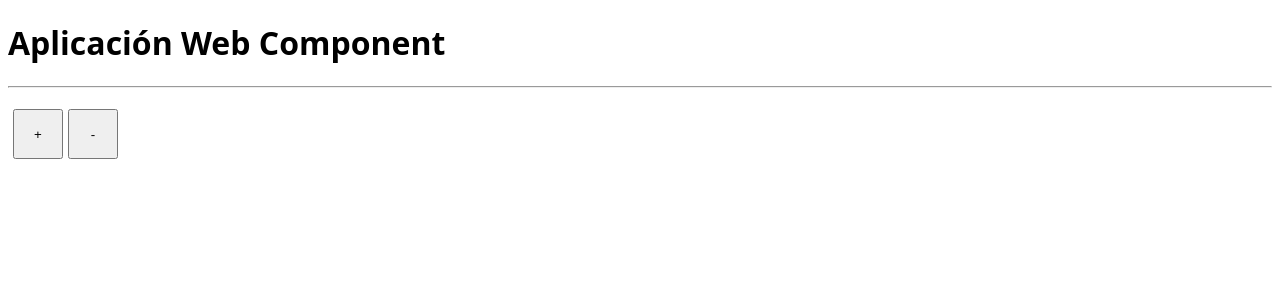
Repository: maxTech2019/Lab-react-C12024
Page: /
These files come from the project's save history. The page is drawn as it stood at one moment and after the next save; the edit follows.
The browser window is 1280 px wide. The pictures show the whole page.
The project was rebuilt for these pictures with package versions that can differ from the ones it lists, and the page was loaded fresh each time. Also part of the build but not shown: vite.config.js, src/component/Productos.jsx.

Above is the page before, as saved 2024-06-04 17:09:30.

After the next save:
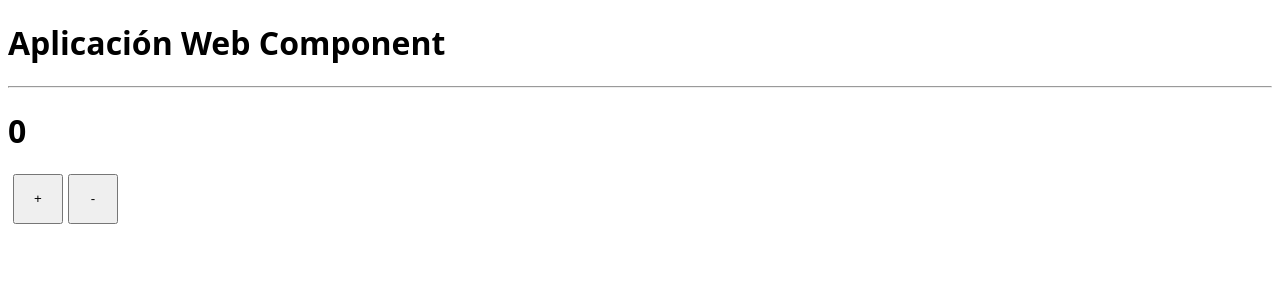
Saved 4 s later.
--- a/src/component/ContadoruseEffect.jsx
+++ b/src/component/ContadoruseEffect.jsx
@@ -8,7 +8,7 @@ export const ContadoruseEffect = () => {
     const [contador] = useContador(0);
   return (
     <>
-        <h1>{}</h1>
+        <h1>{contador}</h1>
         <button className='miBoton'> + </button>
         <button className='miBoton'> - </button>
     </>
